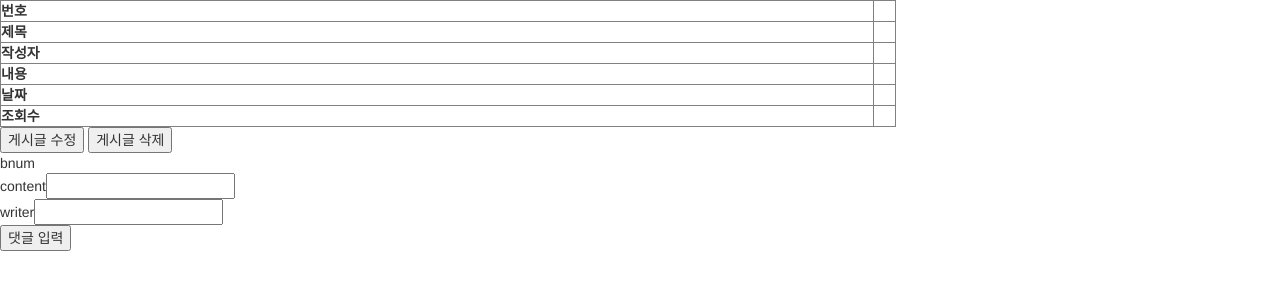
Repository: changyunLee/practice_01
Page: http://localhost/board0513/WEB-INF/views/detail.jsp
An editor plug-in stored every save of this project. The page is shown before and after the next save, followed by the edit.
The browser window is 1280 px wide. The pictures show the whole page.
The page is served by Tomcat 9. Nobody is signed in. The template is opened directly, without the code that normally fills it, so the values that code supplies are empty.

Above is the page before, as saved 2021-10-05 03:14:22.

After the next save:
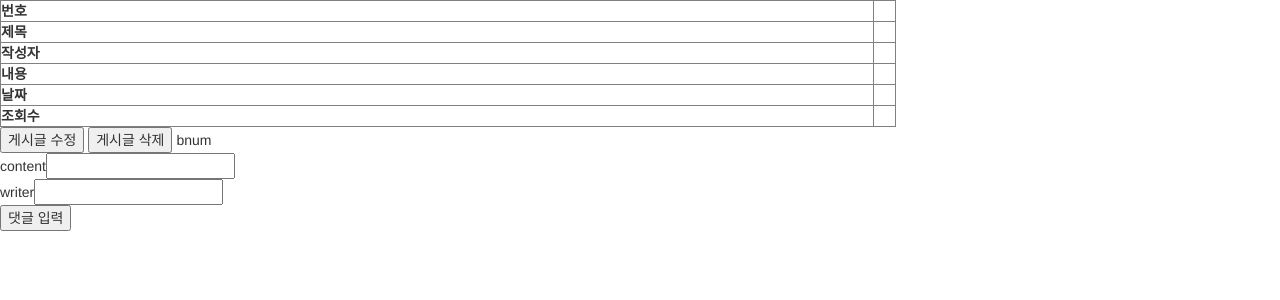
Saved 35 s later.
--- a/SpringMVC_WORK/board0513/src/main/webapp/WEB-INF/views/detail.jsp
+++ b/SpringMVC_WORK/board0513/src/main/webapp/WEB-INF/views/detail.jsp
@@ -72,7 +72,9 @@
 	<button type="button"
 		onclick="location.href='delete.do?bnum=${board.bnum}'">게시글 삭제</button>
 
-	<!-- 댓글 -->
+	<!-- 댓글 <-->
+		<table>
+	</-->
 	<form id="writerply">
 	bnum<input type="hidden" name= "bnum" value=" ${board.bnum }"/><br />
 	content<input type="text" name="content" /><br />
@@ -94,7 +96,7 @@
 			</c:forEach>
 		</ol>
 	</div>
-
+</table>
 
 </body>
 </html>

After the 4 saves that followed:
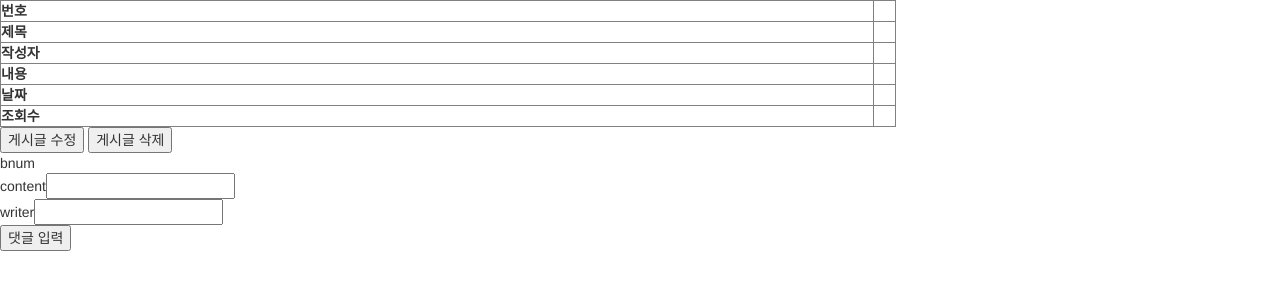
The 4 saves are shown as one change because 1 left the picture as it was and some came seconds apart.
The last was saved 47 s later.
--- a/SpringMVC_WORK/board0513/src/main/webapp/WEB-INF/views/detail.jsp
+++ b/SpringMVC_WORK/board0513/src/main/webapp/WEB-INF/views/detail.jsp
@@ -72,13 +72,15 @@
 	<button type="button"
 		onclick="location.href='delete.do?bnum=${board.bnum}'">게시글 삭제</button>
 
-	<!-- 댓글 <-->
-		<table>
-	</-->
+	<!-- 댓글  -->
+
+
 	<form id="writerply">
+	<table>
 	bnum<input type="hidden" name= "bnum" value=" ${board.bnum }"/><br />
 	content<input type="text" name="content" /><br />
 	writer<input type="text" name="writer" value="${member.userid }"/><br />
+	</table>
 	</form>
 	<button type="button" onclick="reply()">댓글 입력</button>
 
@@ -96,7 +98,7 @@
 			</c:forEach>
 		</ol>
 	</div>
-</table>
+
 
 </body>
 </html>
